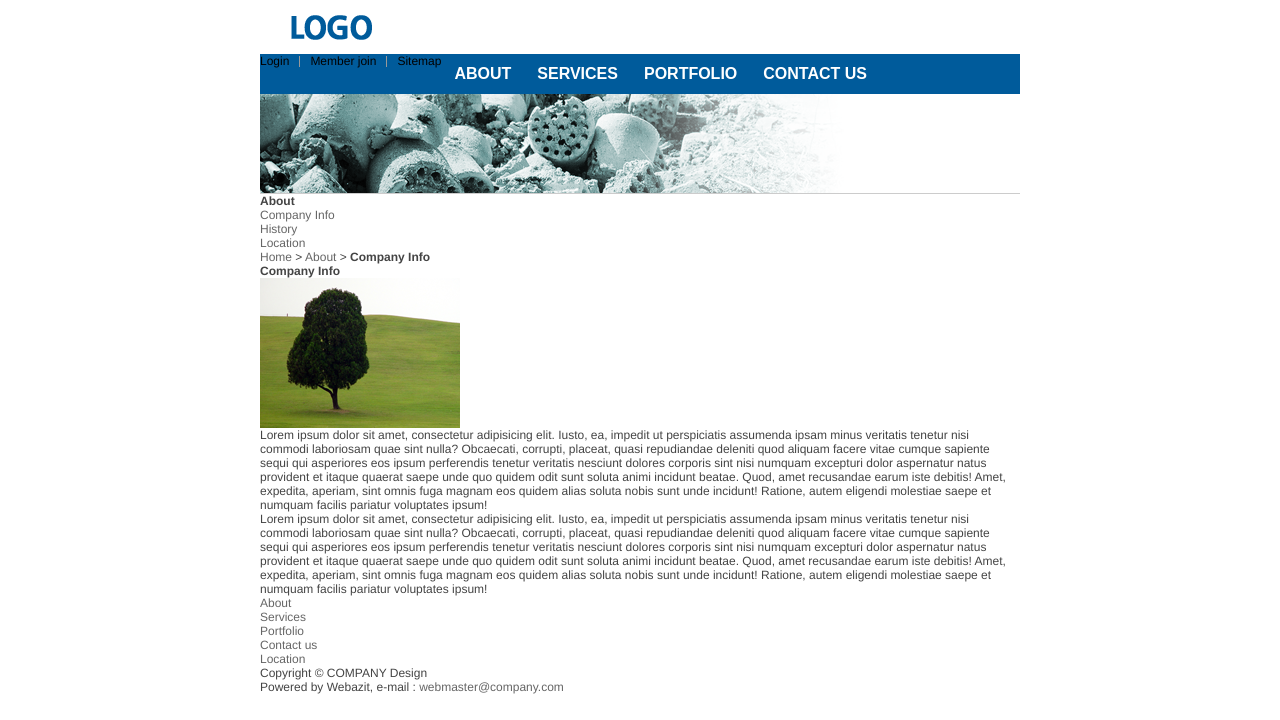
Repository: codelily98/Web
Page: CSS3/src/main/webapp/10_webPage/index.html
These files come from the project's save history. The page is drawn as it stood at one moment and after the next save; the edit follows.
The browser window is 1280 px wide. The pictures show the whole page.
Some web fonts or font styles are not loaded; a fallback is used.

Above is the page before, as saved 2024-08-16 11:38:02.

### CSS3/src/main/webapp/10_webPage/index.html
<!DOCTYPE html>
<html>
<head>
<meta charset="UTF-8">
<title>Insert title here</title>
<link rel="stylesheet" href="./main.css">
</head>
<body>
<dl class="skip">
	<dt class="blind">skip navigation</dt>
	<dd><a href="#content">skip to content</a></dd>
</dl> <!-- skip -->
<hr/>

<div id="wrap">
	<div id="header">
		<h1 class="logo"><a href="#">LOGO</a></h1>

		<dl class="topnav">
			<dt class="blind">top navigation</dt>
			<dd><a href="#">Login</a></dd>
			<dd><a href="#">Member join</a></dd>
			<dd><a href="#">Sitemap</a></dd>
		</dl>

		<h2 class="blind">main navigation</h2>
		<ul class="mainnav">
			<li><a href="#">About</a></li>
			<li><a href="#">Services</a></li>
			<li><a href="#">Portfolio</a></li>
			<li><a href="#">Contact us</a></li>
		</ul>
	</div> <!-- header -->
	<hr/>

	<div id="container">
		<div class="snb">
			<h2>About</h2>
			<ul>
				<li><a href="#">Company Info</a></li>
				<li><a href="#">History</a></li>
				<li><a href="#">Location</a></li>
			</ul>
		</div> <!-- snb -->
		<hr/>

		<div id="content">
			<p class="locate">
				<a href="#">Home</a> &gt;
				<a href="#">About</a> &gt;
				<strong>Company Info</strong>
			</p>

			<h2>Company Info</h2>

			<p class="thum">
				<img src="../image/treethum.png" alt="tree thumnail photo">
			</p>

			<!-- <p>태그는 중첩이 안되므로 <div>로 감싸준다. -->
			<div class="text">
				<p>Lorem ipsum dolor sit amet, consectetur adipisicing elit. Iusto, ea, impedit ut
				perspiciatis assumenda ipsam minus veritatis tenetur nisi commodi laboriosam
				quae sint nulla? Obcaecati, corrupti, placeat, quasi repudiandae deleniti quod
				aliquam facere vitae cumque sapiente sequi qui asperiores eos ipsum perferendis
				tenetur veritatis nesciunt dolores corporis sint nisi numquam excepturi dolor
				aspernatur natus provident et itaque quaerat saepe unde quo quidem odit sunt
				soluta animi incidunt beatae. Quod, amet recusandae earum iste debitis! Amet,
				expedita, aperiam, sint omnis fuga magnam eos quidem alias soluta nobis sunt
				unde incidunt! Ratione, autem eligendi molestiae saepe et numquam facilis
				pariatur voluptates ipsum!</p>
				<p>Lorem ipsum dolor sit amet, consectetur adipisicing elit. Iusto, ea, impedit ut
				perspiciatis assumenda ipsam minus veritatis tenetur nisi commodi laboriosam
				quae sint nulla? Obcaecati, corrupti, placeat, quasi repudiandae deleniti quod
				aliquam facere vitae cumque sapiente sequi qui asperiores eos ipsum perferendis
				tenetur veritatis nesciunt dolores corporis sint nisi numquam excepturi dolor
				aspernatur natus provident et itaque quaerat saepe unde quo quidem odit sunt
				soluta animi incidunt beatae. Quod, amet recusandae earum iste debitis! Amet,
				expedita, aperiam, sint omnis fuga magnam eos quidem alias soluta nobis sunt
				unde incidunt! Ratione, autem eligendi molestiae saepe et numquam facilis
				pariatur voluptates ipsum!</p>
			</div>
		</div> <!-- content -->
	</div> <!-- container -->
	<hr/>

	<div id="footer">
		<dl class="btmnav">
			<dt class="blind">bottom navigation</dt>
			<dd><a href="#">About</a></dd>
			<dd><a href="#">Services</a></dd>
			<dd><a href="#">Portfolio</a></dd>
			<dd><a href="#">Contact us</a></dd>
			<dd><a href="#">Location</a></dd>
		</dl>

		<p class="copy">
			Copyright &copy; COMPANY Design<br>
			Powered by Webazit, e-mail : <a href="mailto:webmaster@company.com">webmaster@company.com</a>
		</p>
	</div> <!-- footer -->
</div> <!-- wrap -->
</body>
</html>

<!--
Skip Navigation
Skip Navigation 사용하는 가장 큰 이유는 사용자 편의 및 웹 접근성이다.

웹 접근성이라고 하면 우리나라에서는 장애인에 대한 편의를 제공하는 것이다.

본문으로 이동하기 위해서는 대 메뉴와 좌측 메뉴 등과 같이 반복적으로 제공되는 링크를 모두 거쳐야만 한다.
즉, Tab키/방향키을 반복적으로 눌러야하는 불필요한 행동을 해야하는 것이다. 이는 웹 접근성을 저해하는 주요인이 된다.
그래서 사용자 특히 장애인이 반복적인 링크들로 인해 불편해 하지 않고, 원하는 영역 즉 ‘본문’으로 바로 이동할 수 있는 건너뛰기 링크를 반드시 제공해야 한다.

하지만 더 큰 범위에서는 정상적으로 쓸 수 없는 상황에 대해서도 편의를 제공하는 것이다.

가령 내가 마우스가 고장났다면?
또는 키보드를 못쓴다면?

여기서 Skip Navigation는 키보드만으로 접근을 하는 사용자를 위한 편의를 제공하는 경우도 있다
마우스로 우리가 보고자 하는 본문 내용 쪽으로 포커스를 움직인다면 편리하겠지만,
키보드만으로 쓰는 경우는 본문으로 가기까지 거쳐야 하는 메뉴들이 많다.
그래서 HTML 가장 상단에 Skip Navigation를 만들어 놓는다.

Skip Navigation는 <body>다음으로 나오는 것이 가장 적절하다

[본문 바로가기] || [메뉴 바로가기] || [하단정보 바로가기]
등의 Skip Navigation가 가장 많다.

HTML
<div class="skipnav">
<ul>
	<li><a href="본문 아이디값">본문으로 이동</a></li>
	<li><a href="하단정보 아이디값">하단정보 바로가기</a></li>
</ul>
</div>

CSS
.skipnav a {display:none}
.skipnav a:focus,
.skipnav a:active {display:block;}

css 는 만들기 나름이다.
js나 css3를 써서 움직임을 줄 수도 있고,
position을 이용하여 display: none이 아닌 화면에서 보이지 않게 한 후 포커스가 가면 나오게 할 수도 있다.
 -->

### CSS3/src/main/webapp/10_webPage/main.css
@charset "UTF-8";

@import url("./reset.css");

/* '나눔고딕체'이고, 웹 폰트를 활용 */
@import url("http://fonts.googleapis.com/earlyaccess/nanumgothic.css");

hr {
	display: none;
}
.blind {
	display: block;
	overflow: hidden;
	position: absolute;
	left: 0;
	top: -1000em;
}
/* skip */
.skip a {
	display: block;
	overflow: hidden;
	position: absolute;
	left: 0;
	top: -1000em;
	z-index: 9999;
	width: 100%;
	background-color: navy;
	color: white;
	font: bold 1.3em Tahoma, sans-serif;
	text-decoration: none;
	text-align: center;
}
.skip a:hover, .skip a:active, .skip a:focus {
	top: 0;
	padding: 0.5em 0;
}


/* 페이지 전체 가로 너비 지정 및 가운데 정렬 */
#wrap {
	width: 760px;
	margin: 0 auto;
}
/* header */
#header {
	position: relative;

	padding-bottom: 99px;
	border-bottom: 1px solid #cccccc;
	background: url("../image/bg_header.png") no-repeat 50% 100%;
}
.logo {
	padding: 12px 0 12px 26px;
}
.logo a {
	display: block;
	overflow: hidden;
	width: 90px;
	height: 30px;
	background: url("../image/logo.png") no-repeat;
	text-indent: -9999em /* 들여쓰기 => 양수이면 들여쓰기, 음수이면 내어쓰기가 된다. */
}
.topnav {
	display: absolute;
	top: 35px;
	right: 18px;
}
.topnav dd {
	float: left;
	padding-right: 11px;
	margin-right: 10px;
	background: url("../image/bg_topnav.png") no-repeat 100% 50%;
}
.topnav dd:last-child {
	padding-right: 0;
	margin-right: 0;
	background: none;
}
.topnav dd a {
	color: black;
	font-size: 9pt;
}
.mainnav {
	padding-left: 50px;
	background-color: #005B9B;
}
.mainnav:after {
	content: '';
	display:block;
	clear: both;
}
.mainnav li {
	float: left;
}
.mainnav li a {
	display: block;
	padding: 0 13px;
	background-color: #005B9B;
	color: #ffffff;
	font: bold 16px/40px 'Nanum Gothic', sans-serif;
	text-transform: uppercase;
	text-decoration: none;
}
.mainnav li a:hover {
	color: #660000;
	background-color: #ffcc00;
}

/* content */

### CSS3/src/main/webapp/10_webPage/reset.css
@charset "UTF-8";

/* reset css */
html, body {
	width: 100%;
	height: 100%;
}
html {
	overflow-y: scroll;
}
body, div, dl,dt,dd,ul,ol,li, h1,h2,h3,h4,h5,h6, form, fieldset, p, button {
	margin: 0;
	padding: 0;
}
body, h1,h2,h3,h4, input, textarea, button, select, option {
	font-family: '돋움', dotum, Helvetica, sans-serif;
	font-size: 12px;
	color: #444;
}
img, fieldset {
	border: 0;
}
li {
	list-style: none;
}
input, select, button {
	vertical-align: middle;
}
img {
	vertical-align: top;
}
em, address {
	font-style: normal;
}
a {
	color: #666;
	text-decoration: none;
}
a:hover, a:focus {
	color: #222;
	text-decoration: underline;
}
table {
	border-collapse: collapse;
}

After the next save:
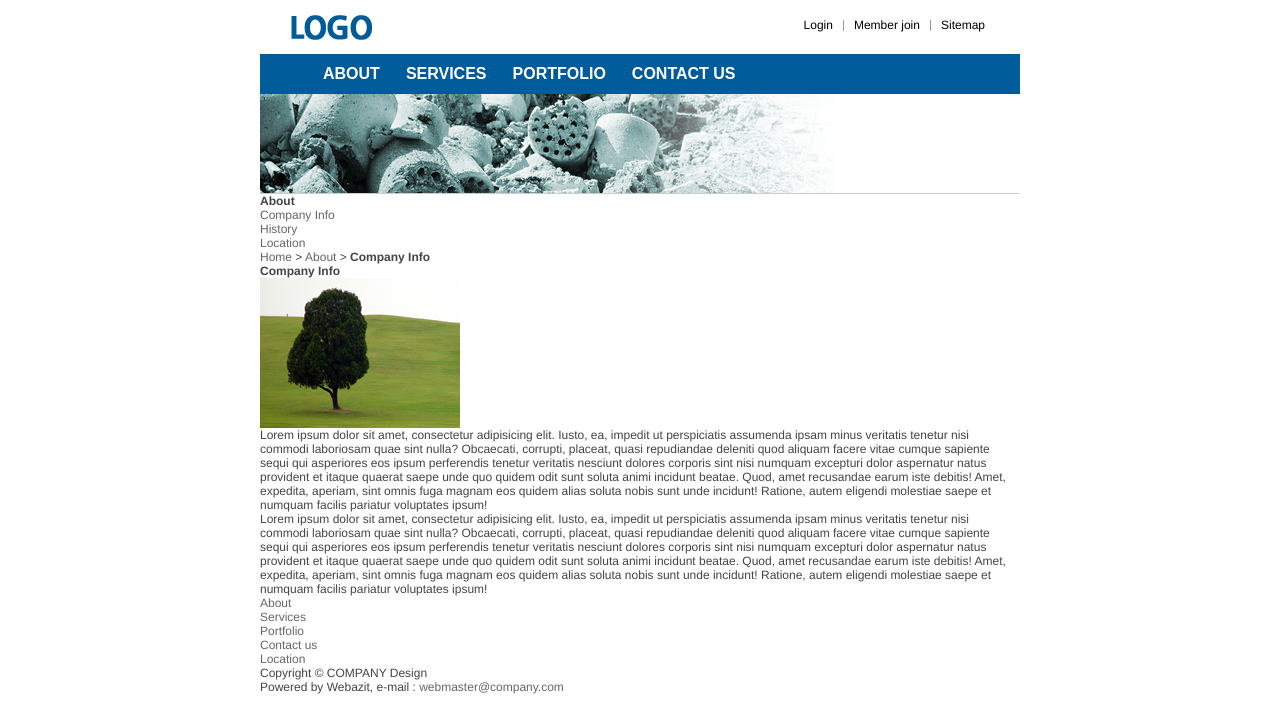
Saved 11 s later.
--- a/CSS3/src/main/webapp/10_webPage/main.css
+++ b/CSS3/src/main/webapp/10_webPage/main.css
@@ -61,9 +61,9 @@
 	text-indent: -9999em /* 들여쓰기 => 양수이면 들여쓰기, 음수이면 내어쓰기가 된다. */
 }
 .topnav {
-	display: absolute;
-	top: 35px;
-	right: 18px;
+	position: absolute;
+	right: 35px;
+	top: 18px;
 }
 .topnav dd {
 	float: left;

After the 3 saves that followed:
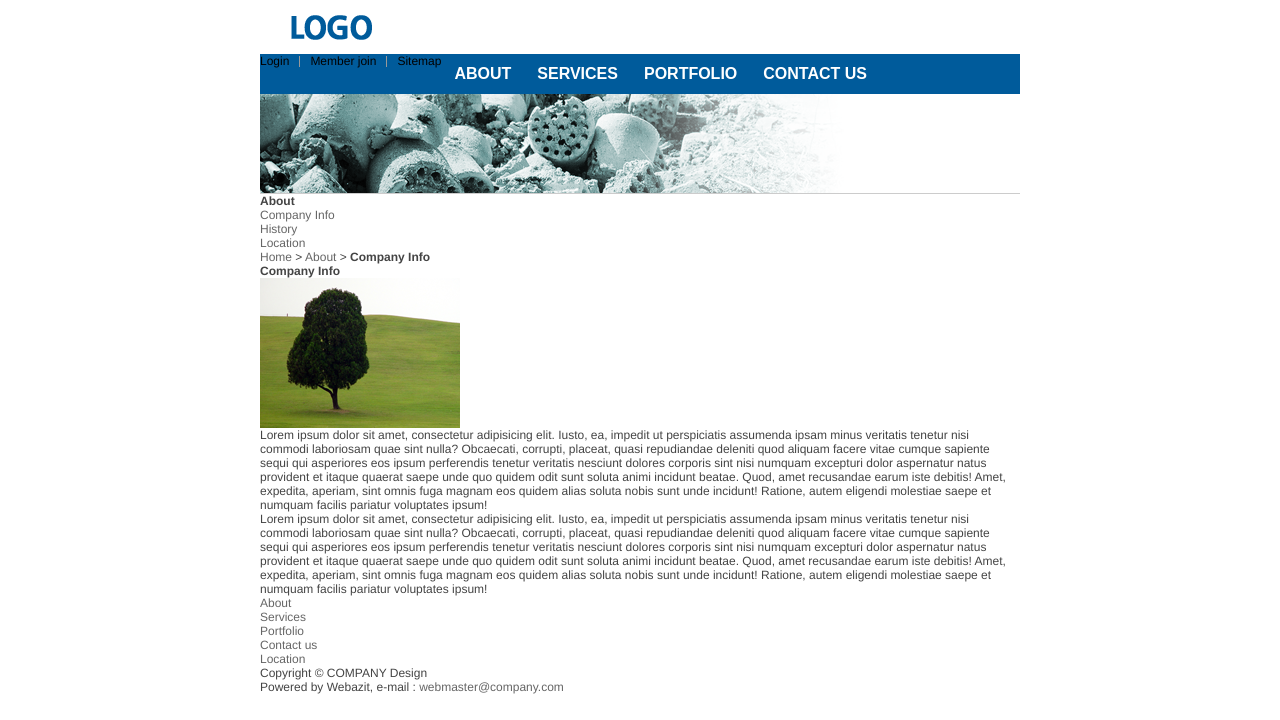
The 3 saves are shown as one change because they came seconds apart.
The last was saved 15 s later.
--- a/CSS3/src/main/webapp/10_webPage/main.css
+++ b/CSS3/src/main/webapp/10_webPage/main.css
@@ -61,7 +61,7 @@
 	text-indent: -9999em /* 들여쓰기 => 양수이면 들여쓰기, 음수이면 내어쓰기가 된다. */
 }
 .topnav {
-	position: absolute;
+	position: absolue;
 	right: 35px;
 	top: 18px;
 }
